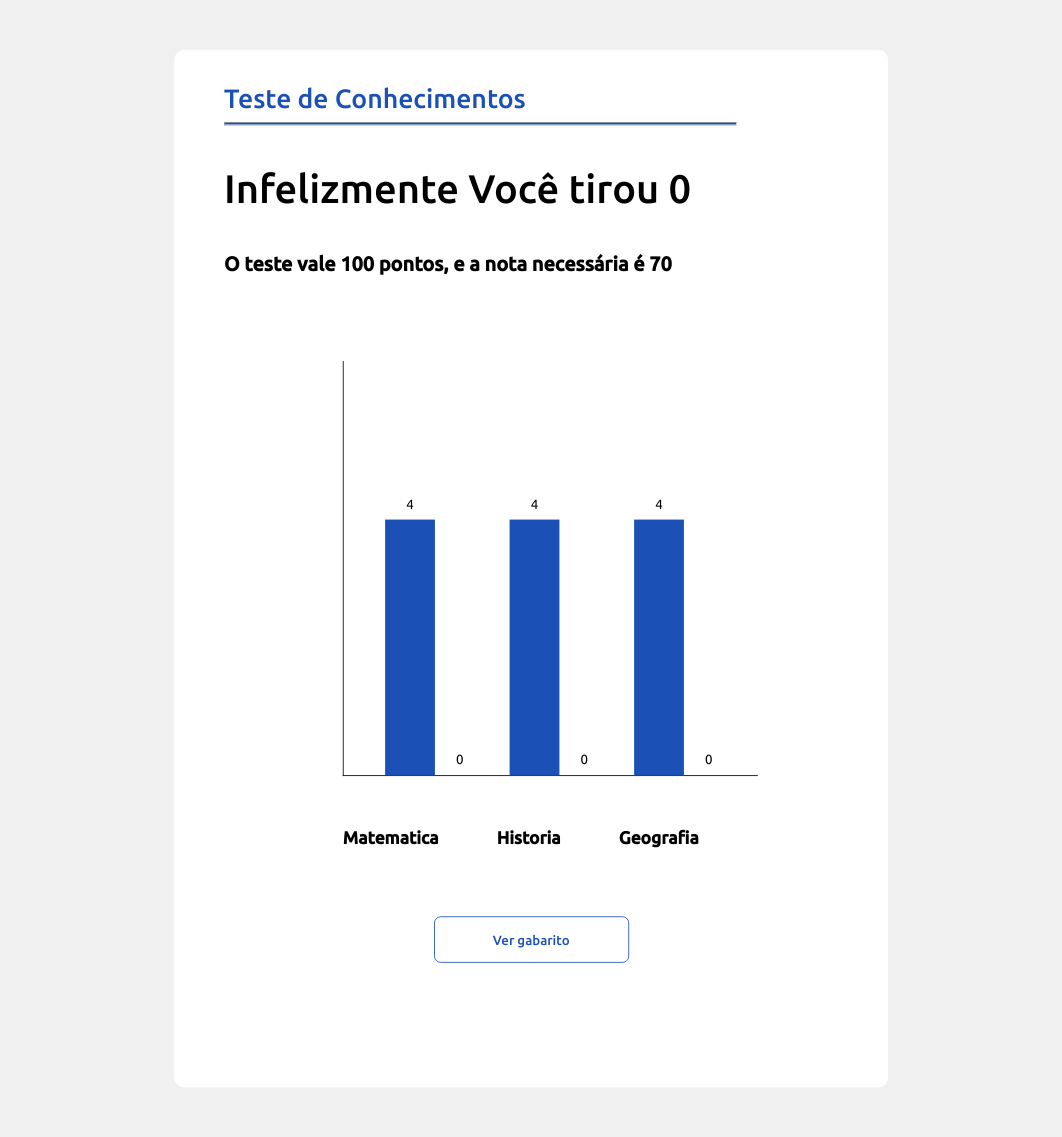
Repository: Delei09/desafioPerguntas
Page: /resultado (app in frontend/)
The author's editor kept a copy of each file at every save. The page is drawn from the files as they stood at one save, then again after the next save.
The browser window is 1280 px wide. The pictures show the whole page, at 83% of full size.
The project was rebuilt for these pictures with package versions that can differ from the ones it lists, and the page was loaded fresh each time. A package was used in the major version that the imports need, not the one package.json lists. Also part of the build but not shown: frontend/src/styles/home.scss, frontend/src/page/Home.tsx, frontend/src/styles/gabarito.scss, frontend/src/page/Gabarito.tsx.

Above is the page before, as saved 2021-08-20 08:11:27.

### frontend/public/index.html
<!DOCTYPE html>
<html lang="Pt-Br">
  <head>
    <meta charset="utf-8" />
    <meta name="viewport" content="width=device-width, initial-scale=1" />
    <meta name="theme-color" content="#000000" />
    <link rel="preconnect" href="https://fonts.googleapis.com">
    <link rel="preconnect" href="https://fonts.gstatic.com" crossorigin>
    <link href="https://fonts.googleapis.com/css2?family=Ubuntu:wght@400;500&display=swap" rel="stylesheet">

    <title>Desafio Inatel</title>
  </head>
  <body>
    <noscript>You need to enable JavaScript to run this app.</noscript>
    <div id="root"></div>
  </body>
</html>

### frontend/src/index.tsx
import React from 'react';
import ReactDOM from 'react-dom';
import App from './App';
import './styles/global.scss'

ReactDOM.render(
  <React.StrictMode>
    <App />
  </React.StrictMode>,
  document.getElementById('root')
);

### frontend/src/App.tsx
import Rotas from './Rotas';
import ContextPerguntas  from './contexto/PerguntasContext';
import {BrowserRouter } from 'react-router-dom'


const perguntasMatematica= [  {
  pergunta: 'Quanto é 2 + 2?',
  options: [
    "1",
    "2",
    "4",
  ],
  resposta: "4",
  id: 'p1',
},{
  pergunta: 'Quanto é 2 x 2?',
  options: [
    "0",
    "1",
    "4",
  ],
  resposta: "4",
  id: 'p2',
},{
  pergunta: 'Quanto é 10 x 10?',
  options: [
    "0",
    "10",
    "100",
  ],
  resposta: "100",
  id: 'p3',
},{
  pergunta: 'Quanto é 10 - 10?',
  options: [
    "0",
    "10",
    "100",
  ],
  resposta: "0",
  id: 'p4',
}]

const perguntasHistoria= [  {
  pergunta: 'Na mitologia grega, Ares é considerado o deus da?',
  options: [
    "Morte",
    "Guerra",
    "Familia",
  ],
  resposta: "Guerra",
  id: 'p1',
},{
  pergunta: 'Como é chamada a Conjuração Baiana?',
  options: [
    "Revolta dos Alfaiates",
    "Guerra da Cisplatina",
    "Balaiada",
  ],
  resposta: "Revolta dos Alfaiates",
  id: 'p2',
},{
  pergunta: 'Uma das grandes descobertas do período Paleolítico foi?',
  options: [
    "O fogo",
    "A roda",
    "O sedentarismo",
  ],
  resposta: "O fogo",
  id: 'p3',
},{
  pergunta: 'Evento que marca o inicio da Idade Antiga?',
  options: [
    "A invenção da escrita",
    "A descoberta do fogo",
    "A invenção da roda",
  ],
  resposta: "A invenção da escrita",
  id: 'p4',
}]


const perguntasGeografia= [  {
  pergunta: 'Qual é a capital do Acre?',
  options: [
    "Rio Branco",
    "Rio de janeiro",
    "Palmas",
  ],
  resposta: "Rio Branco",
  id: 'p1',
},{
  pergunta: 'O Brasil é de qual continente?',
  options: [
    "America do norte",
    "America do sul",
    "Europa",
  ],
  resposta: "America do sul",
  id: 'p2',
},{
  pergunta: 'Qual a capital da Guatemala?',
  options: [
    "Guatemala",
    "Lisboa",
    "Madagascar",
  ],
  resposta: "Guatemala",
  id: 'p3',
},{
  pergunta: 'Quantos países tem a América?',
  options: [
    "37",
    "50",
    "23",
  ],
  resposta: "37",
  id: 'p4',
}]

function App() {


  return (
    <div className="App">
      <BrowserRouter>
        <ContextPerguntas.Provider  value = { {perguntasMatematica, perguntasHistoria, perguntasGeografia } } >
            <Rotas />
      </ContextPerguntas.Provider>
      </BrowserRouter>

    </div>
  );
}

export default App;

### frontend/src/styles/global.scss
*{
 margin:0;
 padding:0;
 box-sizing: border-box;
 text-decoration: none;
}
body{
 font-family: 'Ubuntu', sans-serif;
 background: #F0F0F0;

}
.App{
 padding-left: 60px ;
 padding-top: 40px;
 background: #FFFFFF;
 max-width: 860px;
 height: 100%;
 min-height: 500px;
 border-radius: 12px;
 margin:60px auto;
}
label {
 display: inline-block;
 cursor: pointer;
 position: relative;
 padding-left: 25px;
 margin-right: 15px;
 font-size: 13px;
}

input[type=radio] {
 display: none;
}

label:before {
 content: "";
 display: inline-block;

 width: 16px;
 height: 16px;


 margin-right: 10px;
 position: absolute;
 left: 0;
 top: -3px;
 bottom: 1px;
 border:solid #222222 3px;

 background-color: white;
}

input[type=radio]:checked + label:before {
 content: "";
 background-image: url(../img//backgroundRadio.png);
 background-size: 18px;
 background-position: center;
 text-align: center;
 line-height: 18px;
}
@media screen and (max-width: 600px){
 .App{
  margin:0 auto;
  padding: 20px;
 }
}

### frontend/src/Rotas.tsx
import React from 'react';
import { useState } from 'react';
import Home from './page/Home';
import { Route, Switch  } from 'react-router-dom'
import Resultado from './page/Resultado';
import Gabarito from './page/Gabarito';
import ContextResposta from './contexto/RespostaContext';

type perguntaType =  {

    p1 : string,
    p2 : string,
    p3 : string,
    p4 : string

   }

const Rotas = () => {

 const [respMat, setRespMat] = useState<perguntaType>({} as perguntaType)
 const [respHis, setRespHis] = useState<perguntaType>({} as perguntaType)
 const [respGeo, setRespGeo] = useState<perguntaType>({} as perguntaType)
 return(

    <Switch>
        <ContextResposta.Provider value = {{ respMat , respHis , respGeo }} >
            <Route exact  path = '/'>
                <Home setMat = {setRespMat} setHis = {setRespHis}  setGeo = {setRespGeo} />
            </Route>
            <Route  path = '/resultado'>
                <Resultado />
            </Route>
            <Route  path = '/gabarito'>
                <Gabarito />
            </Route>
      </ContextResposta.Provider>
  </Switch>

 )
} ;

export default Rotas;

### frontend/src/contexto/PerguntasContext.ts
import { createContext} from 'react'

type perguntaType =  {
 pergunta: string;
 options: string[];
 resposta: string;
 id: string;
}[]

type contextType = {
 perguntasHistoria : perguntaType,
 perguntasMatematica : perguntaType,
 perguntasGeografia : perguntaType,
}
const ContextPerguntas   = createContext<contextType>( {} as contextType)
export default ContextPerguntas

### frontend/src/page/Resultado.tsx
import React, { useState } from 'react'
import {Link } from 'react-router-dom'
import ContainerMain from '../components/ContainerMain'
import Header from '../components/Header'
import '../styles/resultado.scss'
import  ContextResposta  from '../contexto/RespostaContext'
import { useContext } from 'react'
import ContextPerguntas from '../contexto/PerguntasContext'
import { useEffect } from 'react'


const Resultado = () => {


const [resultadoMatematica, setResultadoMatematica] = useState<string[]>([])
const [resultadoHistoria, setResultadoHistoria] = useState<string[]>([])
const [resultadoGeografia, setResultadoGeografia] = useState<string[]>([])
const { respGeo, respHis, respMat} = useContext(ContextResposta)
const { perguntasGeografia, perguntasHistoria,perguntasMatematica } = useContext(ContextPerguntas)

const respGraficoMat = {

    'background': '#9EBAEF' ,
    height: `${resultadoMatematica.length * 77}px`
}
const respGraficoHis = {

    'background': '#9EBAEF' ,
    height: `${resultadoHistoria.length * 77}px`
}
const respGraficoGeo = {

    'background': '#9EBAEF' ,
    height: `${resultadoGeografia.length * 77}px`
}


        useEffect( () => {

         const respostaOkGeo =    perguntasGeografia.map( ({resposta}) =>   resposta )
         const respostaOkHis =    perguntasHistoria.map( ({resposta}) =>   resposta )
         const respostaOkMat =    perguntasMatematica.map( ({resposta}) =>   resposta )
         const resultadoGeoCerto = [];
         const resultadoMatCerto = [];
         const resultadoHisCerto = [];

         for(let res of respostaOkGeo){
            if(res === respGeo.p1){
                    resultadoGeoCerto.push(res)
                }else  if(res === respGeo.p2){
                        resultadoGeoCerto.push(res)
                    }else  if(res === respGeo.p3){
                        resultadoGeoCerto.push(res)
                        }else  if(res === respGeo.p4){
                            resultadoGeoCerto.push(res)
                            }
            }

        for(let res of respostaOkMat){
            if(res === respMat.p1){
                    resultadoMatCerto.push(res)
                }else if(res === respMat.p2){
                        resultadoMatCerto.push(res)
                }else if(res === respMat.p3){
                    resultadoMatCerto.push(res)
                    }else if(res === respMat.p4){
                        resultadoMatCerto.push(res)
                        }
        }
        for(let res of respostaOkHis){
            if(res === respHis.p1){
                    resultadoHisCerto.push(res)
                }else if(res === respHis.p2){
                        resultadoHisCerto.push(res)
                    }else if(res === respHis.p3){
                        resultadoHisCerto.push(res)
                        }else if(res === respHis.p4){
                             resultadoHisCerto.push(res)
                            }
        }
        setResultadoGeografia(resultadoGeoCerto)
        setResultadoHistoria(resultadoHisCerto)
        setResultadoMatematica(resultadoMatCerto)
    }, [])

const nota = ( (resultadoGeografia.length + resultadoHistoria.length + resultadoMatematica.length ) * 8.34 )

 return(
  <div className = 'divResultado'>
     <Header titulo = 'Teste de Conhecimentos' />
     <h2 className = 'h2Resultado'> <span className = {nota >= 70 ? 'notaVerde' : 'notaVermelho'}>   {nota > 70 ?   `Parabéns! Você tirou ${ Math.round(nota)} ` : `Infelizmente Você tirou ${Math.round(nota)}`}  </span>   </h2>
     <ContainerMain titulo = 'O teste vale 100 pontos, e a nota necessária é 70'>
          <div className= 'divResultadoGrafico'>

              <div>
                    <div className = 'divCont'> <div className = 'graficoMat'></div>  4 </div>
                    <div className = 'divCont'>  <div className= 'graficoMat' style = {respGraficoMat}  ></div>  {resultadoMatematica.length} </div>
              </div>
             <div>
                  <div className = 'divCont'>  <div className = 'graficoHis'></div>  4 </div>
                 <div className = 'divCont'>  <div className= 'graficoMat'  style = {respGraficoHis}  ></div>  {resultadoHistoria.length} </div>
             </div>
            <div>
                <div className = 'divCont'>  <div className = 'graficoGeo'></div>  4 </div>
                <div className = 'divCont'> <div style = {respGraficoGeo} className= 'graficoMat'   ></div>  {resultadoGeografia.length} </div>
            </div>
          </div>
          <div className = 'divTexto'>
              <h2>Matematica</h2>
              <h2>Historia</h2>
              <h2>Geografia</h2>
          </div>

          <Link to = '/gabarito' className= 'linkResultado'>Ver gabarito</Link>
     </ContainerMain>

 </div>
 )
}

export default Resultado

### frontend/src/contexto/RespostaContext.ts
import { createContext} from 'react'

type perguntaType =  {

 p1 : string,
 p2 : string,
 p3 : string,
 p4 : string,
 prop? : string

}

type contextType = {
 respHis : perguntaType,
 respMat : perguntaType,
 respGeo : perguntaType,
}
const ContextResposta   = createContext<contextType>( {} as contextType)
export default ContextResposta

### frontend/src/components/Header.tsx
import React from 'react';
import '../styles/header.scss'


type headerType = {
 titulo: string;
}


const Header = (props : headerType) => {

 return(
  <header className="headerApp">
   {props.titulo}
   <hr className="headerLinha"/>
  </header>
 )
} ;

export default Header

### frontend/src/components/ContainerMain.tsx
import React from 'react';
import '../styles/containerMain.scss'

type mainType = {
 titulo : string
}


const Main: React.FC<mainType> = ({...props}) => {

 return(
  <section>
       <h2>{props.titulo}</h2>
       <div>
          {props.children}
       </div>

  </section>
 )
} ;

export  default Main;

### frontend/src/styles/resultado.scss
.divResultado{
  display: flex;
  flex-direction: column;
}
.divResultadoGrafico{
 border:solid  black 1px ;
 border-top: none;
 border-right: none;
 width: 500px;
 height: 500px;
 margin-top: 78px;
 margin-left: 143px;
 display: flex;
 gap: 30px;
 padding:0px  50px;
  div{
    display: flex;
    align-items: flex-end;
  }
  .divCont{
    gap:10px;
    display: flex;
    flex-direction: column-reverse;
    align-items: center;
  }
  .graficoMat{
    width: 60px;
    background-color: #1B50B6;
    height: 308px
 }

 .graficoGeo{
  width: 60px;
  background-color: #1B50B6;
  height: 308px
}
.graficoHis{
  width: 60px;
  background-color: #1B50B6;
  height: 308px
}

}
.linkResultado{
 color: #1B50B6;
 height: 56px;
 width: 235px;
 border-radius: 8px;
 border: 1px solid #1B50B6;
 display: flex;
 align-items: center;
 justify-content: center;
 align-self: center;
 margin-bottom: 150px;
 margin-top: 72px;
 font-family: Ubuntu;
  font-size: 16px;
  font-weight: 500;
  line-height: 18px;
  margin-right: 60px;


}
.h2Resultado{
 margin-top: 48px ;
 font-family: Ubuntu;
font-size: 48px;
font-style: normal;
font-weight: 500;
line-height: 55px;
letter-spacing: 0em;
text-align: left;
}
.divTexto{
  display: flex;
  width: 500px;
  margin-left: 143px;
  gap: 70px;
  color: #000000;
  font-family: Ubuntu;
  font-size: 14px;
  font-style: normal;
  font-weight: 400;
  line-height: 16px;
  letter-spacing: 0em;
  text-align: center;
}
.notaVerde{
  color: green;
}

@media screen and (max-width:850px) {
  .divResultadoGrafico{
    max-width: 500px;
    margin: 0 auto;
  }
  .divTexto{
    max-width: 500px;
    margin: 0 auto;
  }
}

@media screen and (max-width:600px) {
  .divResultadoGrafico{
    display: flex;
    gap: 15px;
    width: 280px;
    padding:0px  20px;

     .graficoMat{
       width: 35px;
    }
    .graficoGeo{
     width: 35px;
   }
   .graficoHis{
     width: 35px;
   }
  }
   .divTexto{
    gap: 10% ;
    font-size: 10px;
    text-align: center;
    width: 280px;
    margin: 0 auto;
  }
  .linkResultado{
     margin : 40px auto;

  }
}

### frontend/src/styles/header.scss
.headerApp{
 color: #1B50B6;
 font-size: 32px;
 font-style: normal;
 font-weight: 500;
 line-height: 37px;
 letter-spacing: 0em;
 text-align: left;
 width:100%;
 max-width: 618px;

 hr{
  margin-top:10px ;
  background: #1B50B6;
  height: 4px;
  max-width: 618px;
 }
}

@media screen and (max-width: 500px) {
 .headerApp{
  font-size: 22px;
 }
}

### frontend/src/styles/containerMain.scss
section{
 display : flex;
 flex-direction: column;
 gap : 24px;

  >div{
   display : flex;
   flex-direction: column;
   gap : 15px;
   h4{
    margin-bottom: 15px;
   }
  }

 hr{
  background: #C4C4C4;
  height: 1px;
  max-width: 616px;
  margin-top: 22px;
 }
 h2{
  margin-top:51px
 }

}

.mainOpcao{
 display : flex;
 flex-direction: column;
 gap : 22px;
 input{
  margin-right: 5px;
 }
}

After the next save:
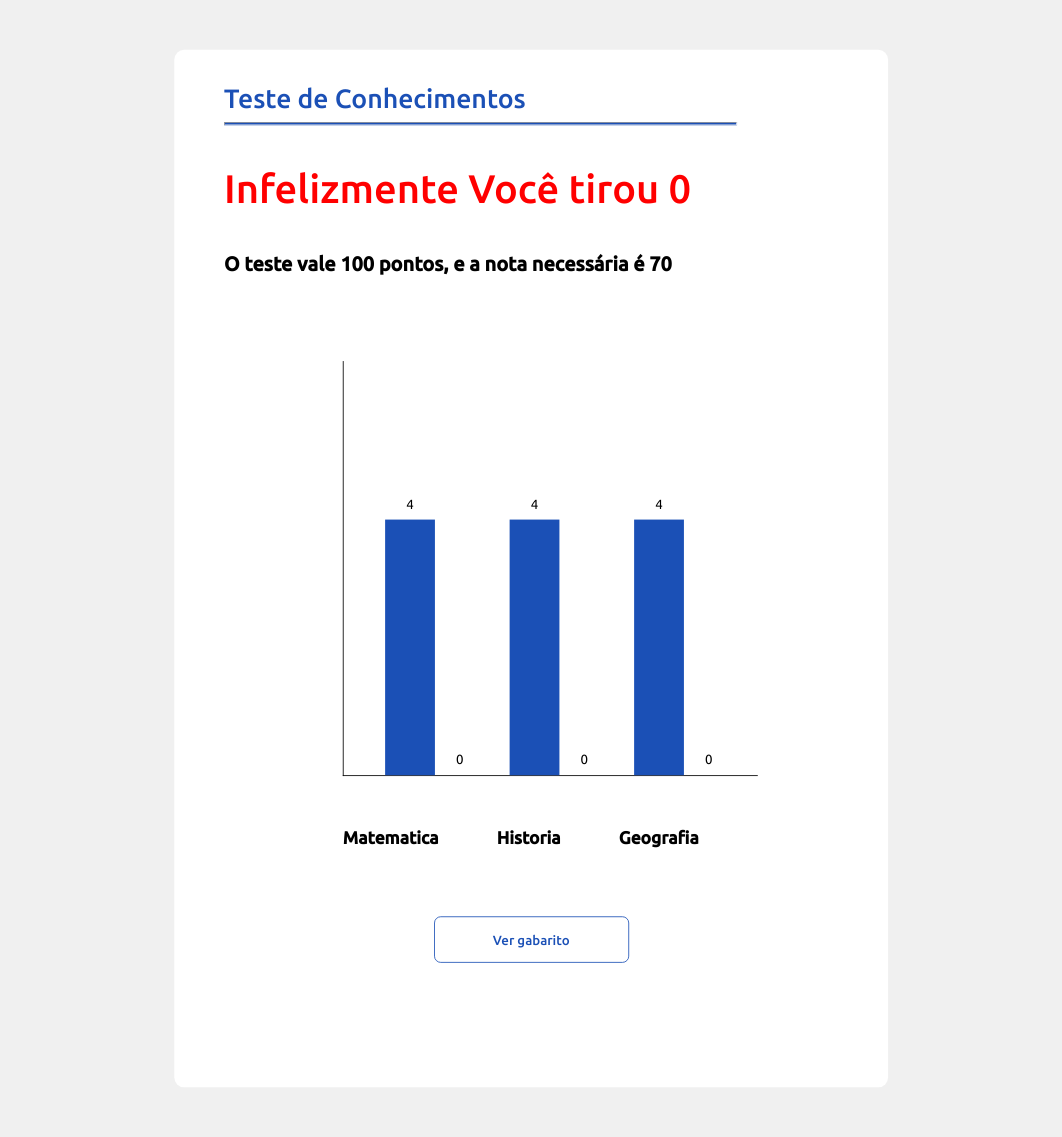
Saved 12 s later.
--- a/frontend/src/styles/resultado.scss
+++ b/frontend/src/styles/resultado.scss
@@ -88,6 +88,9 @@ text-align: left;
 .notaVerde{
   color: green;
 }
+.notaVermelho{
+  color: red;
+}
 
 @media screen and (max-width:850px) {
   .divResultadoGrafico{

After the save that followed:
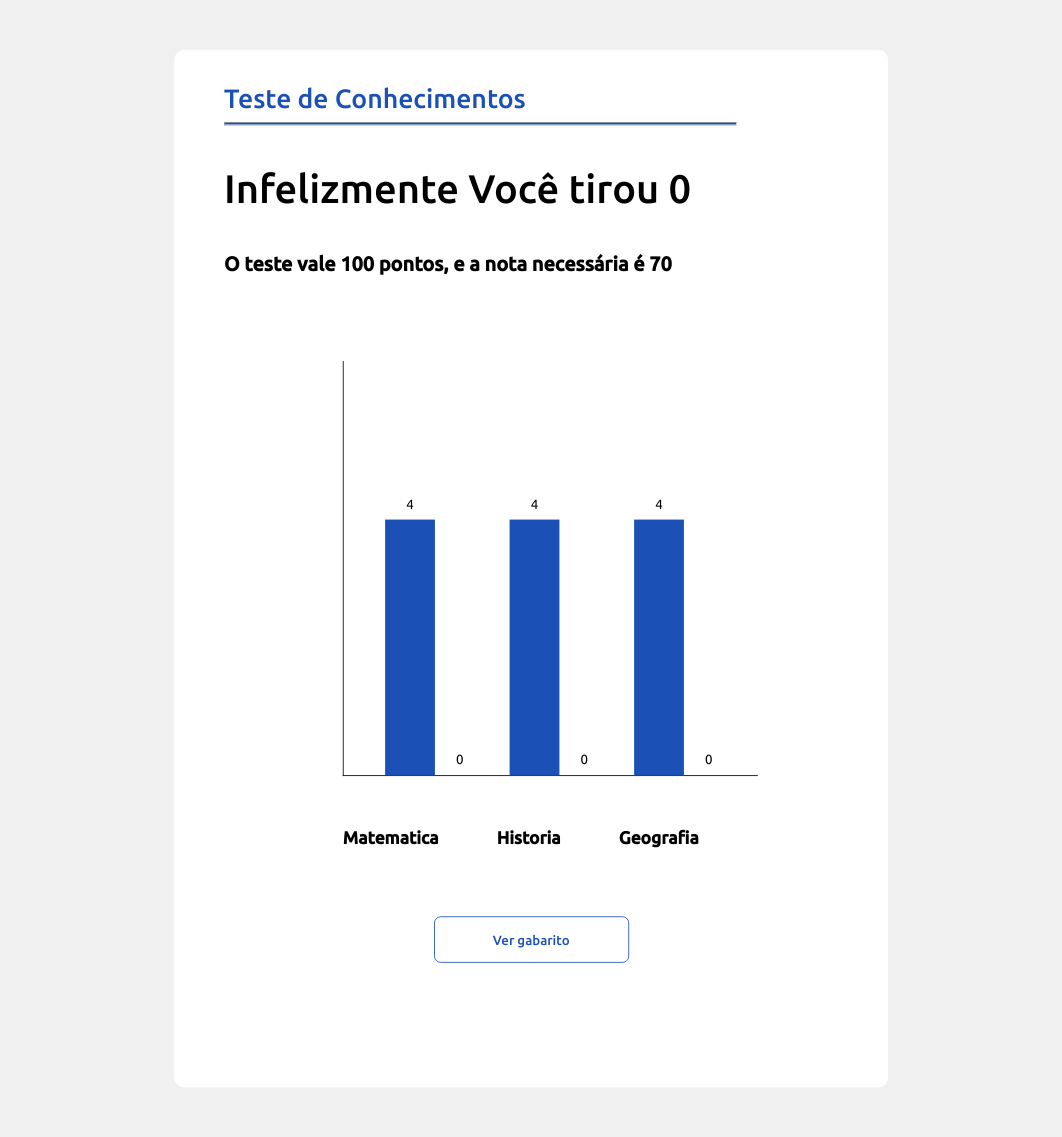
Saved 2 min 40 s later.
--- a/frontend/src/page/Resultado.tsx
+++ b/frontend/src/page/Resultado.tsx
@@ -88,7 +88,7 @@ const nota = ( (resultadoGeografia.length + resultadoHistoria.length + resultado
  return(
   <div className = 'divResultado'>
      <Header titulo = 'Teste de Conhecimentos' />
-     <h2 className = 'h2Resultado'> <span className = {nota >= 70 ? 'notaVerde' : 'notaVermelho'}>   {nota > 70 ?   `Parabéns! Você tirou ${ Math.round(nota)} ` : `Infelizmente Você tirou ${Math.round(nota)}`}  </span>   </h2>
+     <h2 className = 'h2Resultado'>    {nota > 70 ?   `Parabéns! Você tirou ${ Math.round(nota)} ` : `Infelizmente Você tirou ${Math.round(nota)}`}  <span className = {nota >= 70 ? 'notaVerde' : 'notaVermelho'}>     </span>    </h2>
      <ContainerMain titulo = 'O teste vale 100 pontos, e a nota necessária é 70'>
           <div className= 'divResultadoGrafico'>
 
